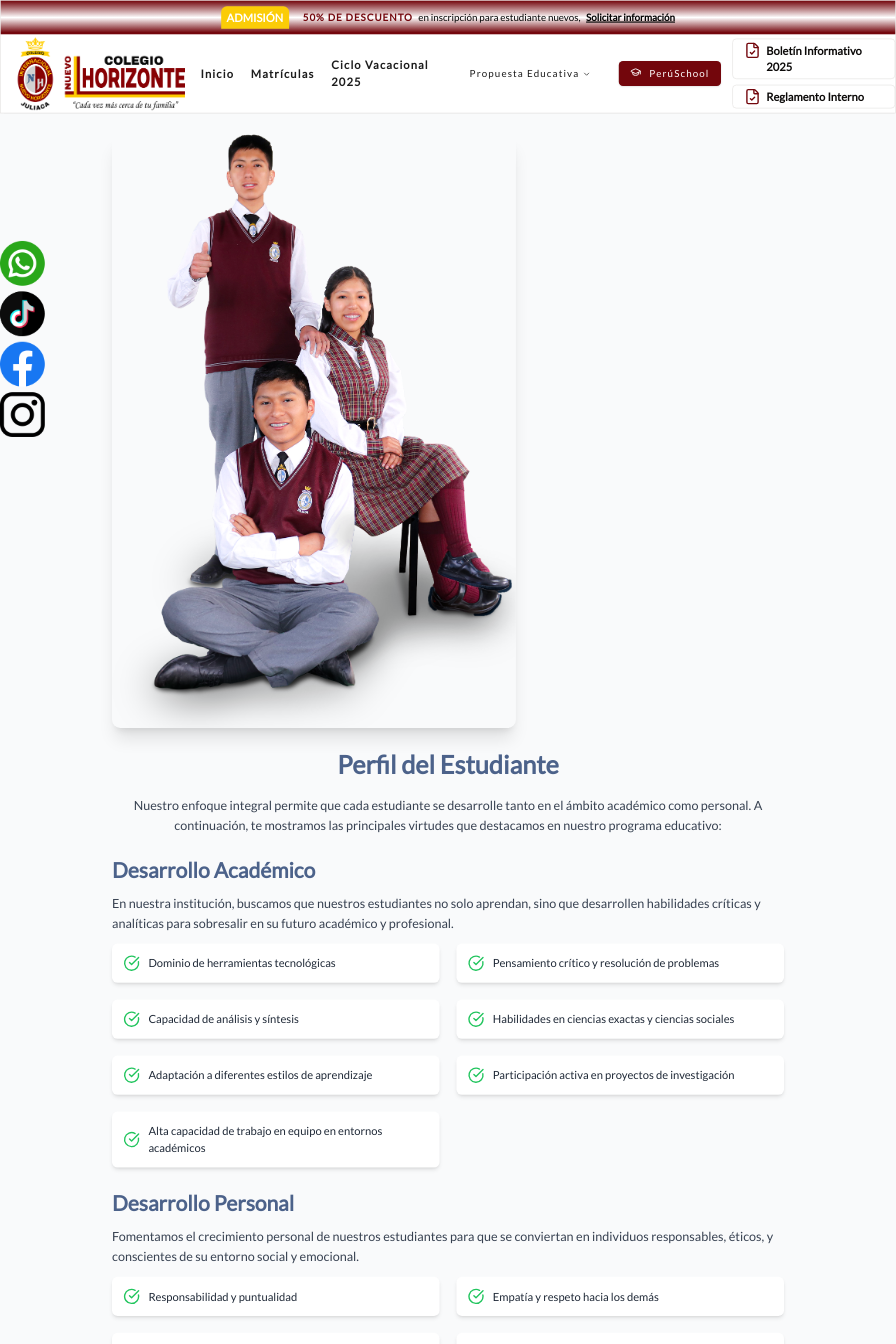
Repository: jefrydep/new_horizont_school
Page: /student
These files come from the project's save history. The page is drawn as it stood at one moment and after the next save; the edit follows.
The browser window is 1280 px wide. The pictures show the part of the page from y = 0 to 1920 px (the page is 2621 px tall before and 2493 px after), at 70% of full size.
The project was rebuilt for these pictures with package versions that can differ from the ones it lists, and the page was loaded fresh each time. The framework's server and built-in components were replaced by stand-ins that run in the browser. Also part of the build but not shown: next.config.ts.

Above is the page before, as saved 2024-12-09 21:57:35.

After the next save:
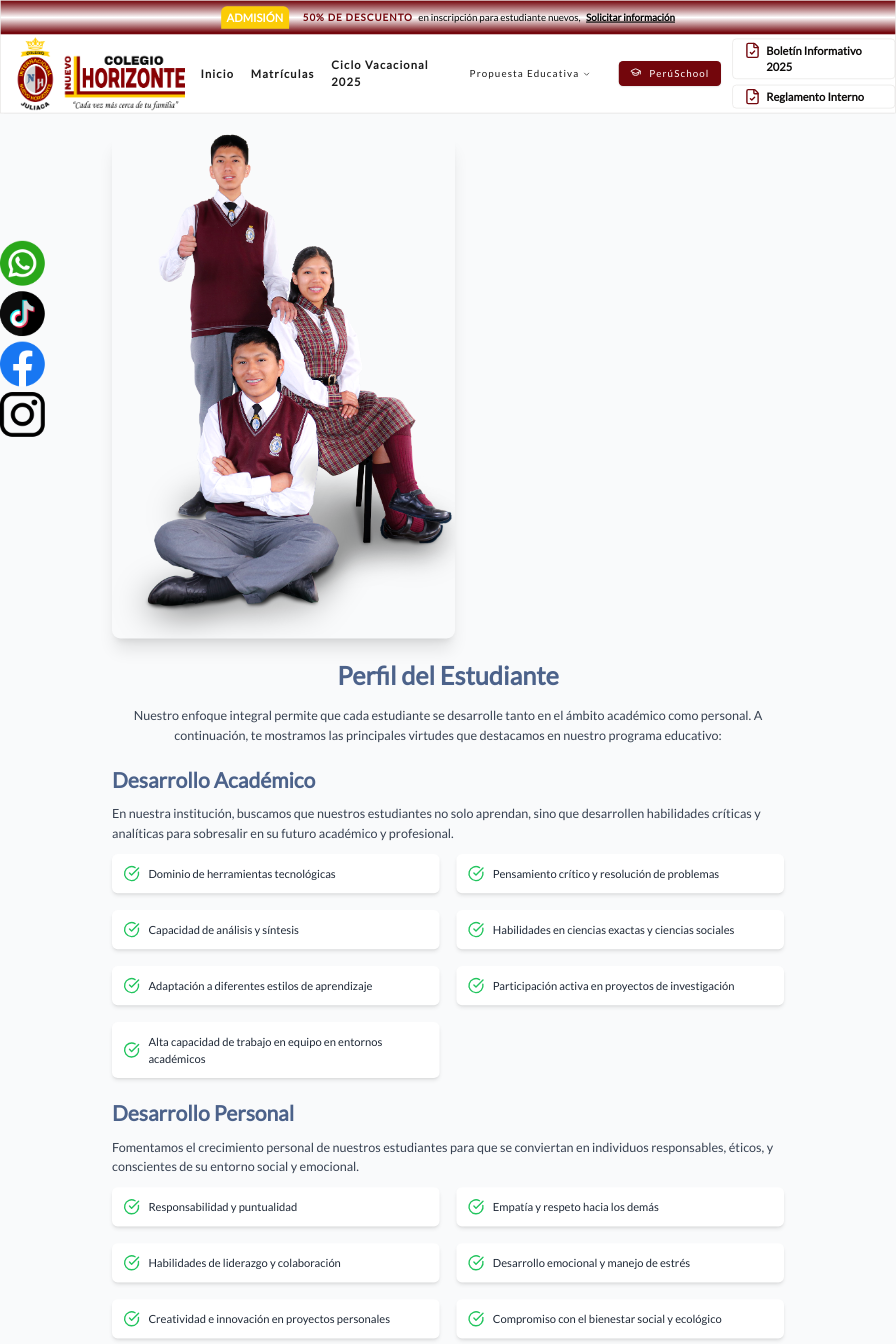
Saved 4 s later.
--- a/src/components/StudentProfile.tsx
+++ b/src/components/StudentProfile.tsx
@@ -32,7 +32,7 @@
           <img
             src="/SECUNDARIA.png" // Cambia esta ruta por la imagen destacada que desees usar
             alt="Perfil Estudiantil"
-            className=" h-auto sm:h-[53rem] rounded-xl shadow-xl"
+            className=" h-auto sm:h-[45rem] rounded-xl shadow-xl"
           />
         </div>
 
